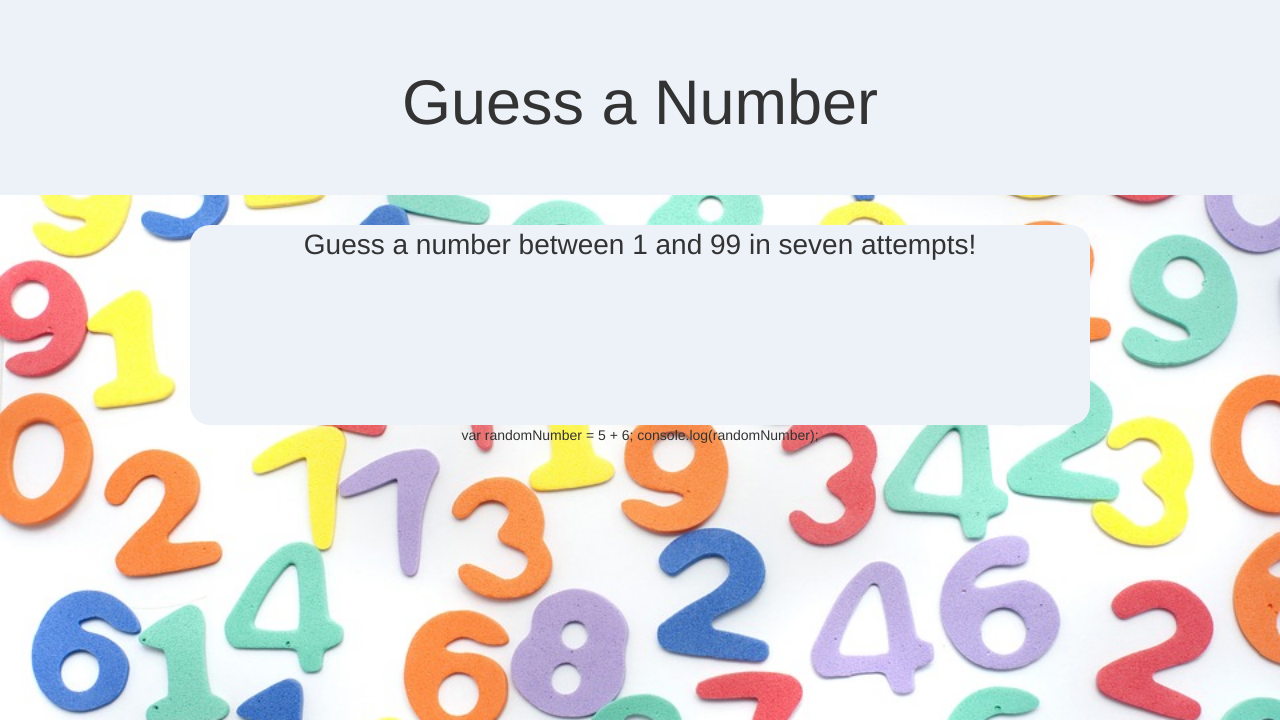
Repository: dereki16/lab3.1
Page: labs/lab1/index.html
The author's editor kept a record of every edit. The page is drawn from the files as they stood at one moment, then again after the next edit.
The browser window is 1280 px wide. The pictures show the whole page.

Above is the page before.

After the next edit:
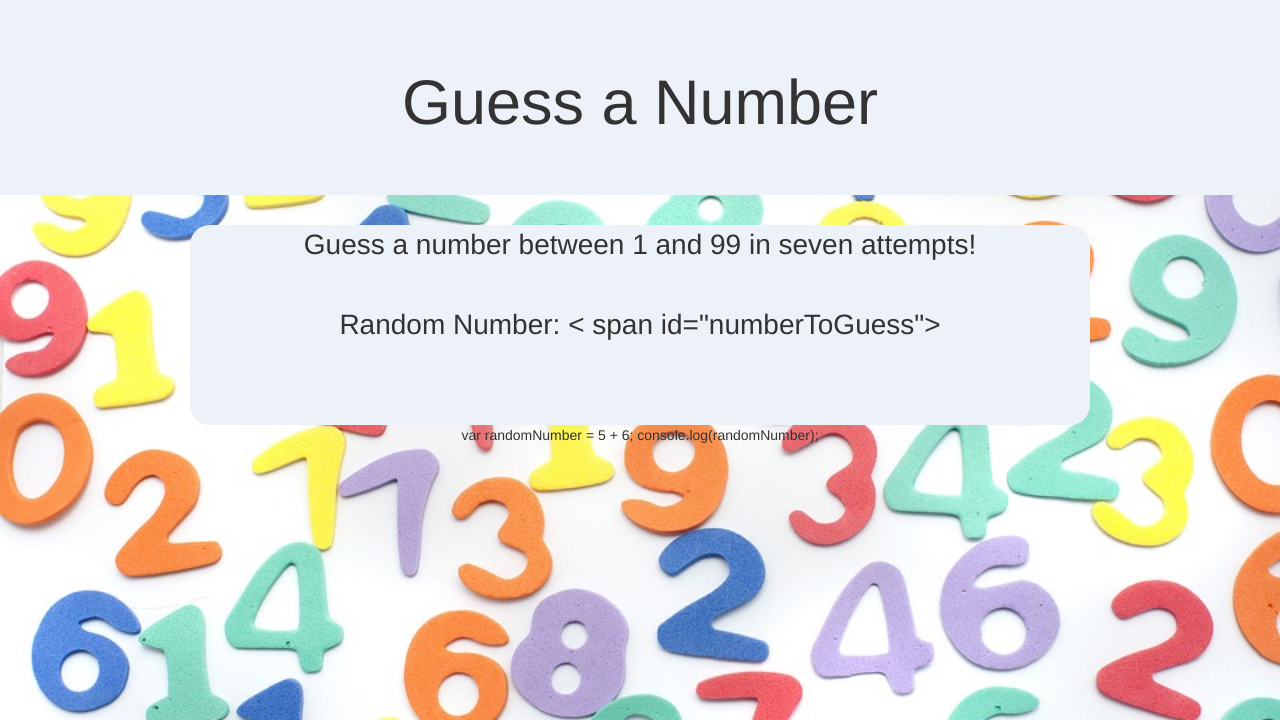
The edit:
--- a/labs/lab1/index.html
+++ b/labs/lab1/index.html
@@ -20,6 +20,9 @@
 
         <div id="directions">
             Guess a number between 1 and 99 in seven attempts!
+
+            <br><br>
+            Random Number: < span id="numberToGuess"></span>
         </div>
 
         <scipt>
